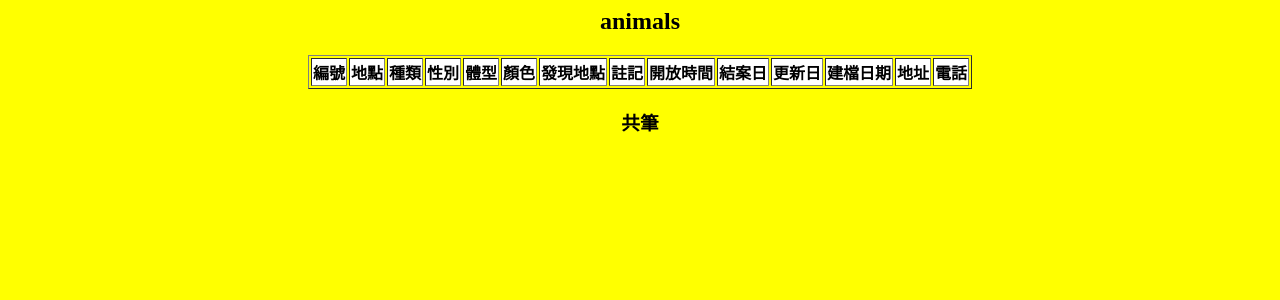
Repository: Ray917x/JaveEEforProject
Page: http://localhost/JSP/AnimalJSPL
These files come from the project's save history. The page is drawn as it stood at one moment and after the next save; the edit follows.
The browser window is 1280 px wide. The pictures show the whole page.
The page is served by Tomcat 9. Other server files are loaded and not shown. Queries for data that is not in the repository find no rows.

Above is the page before, as saved 2022-09-07 17:09:25.

### JSP/src/main/webapp/project/Animal.jsp
<%@ page language="java" contentType="text/html; charset=UTF-8"
	import="java.util.*, com.lcpan.bean.AnimalBean"%>
<%@ taglib prefix="c" uri="http://java.sun.com/jsp/jstl/core"%>
<html>
<head>
<title>animals</title>
</head>
<body style="background-color: yellow">
	<div align="center">
		<h2>animals</h2>
		<table border="1">
			<tr style="background-color: white">
				<th>編號</th>
				<th>地點</th>
				<th>種類</th>
				<th>性別</th>
				<th>體型</th>
				<th>顏色</th>
				<th>發現地點</th>
				<th>註記</th>
				<th>開放時間</th>
				<th>結案日</th>
				<th>更新日</th>
				<th>建檔日期</th>
				<th>地址</th>
				<th>電話</th>



				<c:forEach items="${animals}" var="animal" varStatus="s">
					<tr>
						<td>${animal.animal_id}
						<td>${animal.animal_place}
						<td>${animal.animal_kind}
						<td>${animal.animal_sex}
						<td>${animal.animal_bodytype}
						<td>${animal.animal_colour}
						<td>${animal.animal_foundplace}
						<td>${animal.animal_remark}
						<td>${animal.animal_opendate}
						<td>${animal.animal_closeddate}
						<td>${animal.animal_update}



						<td>${animal.title}<c:set var="count" value="${s.count}" />
				</c:forEach>
		</table>
		<h3>共${count}筆</h3>
	</div>
</body>

</html>

### JSP/src/main/java/project/AnimalJSTL.java
package project;

import java.io.IOException;
import java.sql.Connection;
import java.sql.PreparedStatement;
import java.sql.ResultSet;
import java.sql.SQLException;
import java.util.ArrayList;
import java.util.List;

import javax.naming.Context;
import javax.naming.InitialContext;
import javax.naming.NamingException;
import javax.servlet.ServletException;
import javax.servlet.annotation.WebServlet;
import javax.servlet.http.HttpServlet;
import javax.servlet.http.HttpServletRequest;
import javax.servlet.http.HttpServletResponse;
import javax.sql.DataSource;

import com.lcpan.bean.AnimalBean;

@WebServlet("/AnimalJSPL")
public class AnimalJSTL extends HttpServlet {
	private static final long serialVersionUID = 1L;

//	private static final String JDBC_DRIVER ="com.microsoft.sqlserver.jdbc.SQLServerDriver";
//    private static final String DB_URL="jdbc:sqlserver://localhost:1433;databaseName=servdb;trustServerCertificate=true";
//    private static final String USER = "sa";
//    private static final String PASSWORD = "5tgbnmlp";

	Connection conn;

	protected void doGet(HttpServletRequest request, HttpServletResponse response)
			throws ServletException, IOException {
		@SuppressWarnings("unused")
		String animal_id = request.getParameter("animal_id");

		try {
			Context context = new InitialContext();
			DataSource ds = (DataSource) context.lookup("java:/comp/env/jdbc/servdb");
			conn = ds.getConnection();

			PreparedStatement stmt = conn.prepareStatement("SELECT * FROM animal");
			ResultSet rs = stmt.executeQuery();


			List<AnimalBean> animals = new ArrayList<>();
			AnimalBean animal = null;
			while (rs.next()) {
				animal = new AnimalBean();
				animal.setAnimal_id(rs.getString("animal_id"));
				animal.setAnimal_place(rs.getString("animal_place"));
				animal.setAnimal_kind(rs.getString("animal_kind"));
				animal.setAnimal_sex(rs.getString("animal_sex"));
				animal.setAnimal_bodytype(rs.getString("animal_bodytype"));
				animal.setAnimal_colour(rs.getString("animal_colour"));
				animal.setAnimal_foundplace(rs.getString("animal_foundplace"));
				animal.setAnimal_remark(rs.getString("animal_remark"));
				animal.setAnimal_opendate(rs.getString("animal_opendate"));
				animal.setAnimal_closeddate(rs.getString("animal_closeddate"));
				animal.setAnimal_update(rs.getString("animal_update"));
//				animal.setAnimal_createtime(rs.getString("animal_createtime"));
//				animal.setShelter_address(rs.getString("shelter_address"));
//				animal.setShelter_tel(rs.getString("shelter_tel"));

				animals.add(animal);

			}

			request.setAttribute("animals", animals);
			stmt.close();

			System.out.println(animals);
			request.getRequestDispatcher("/project/Animal.jsp").forward(request, response);
		} catch (SQLException e) {
			// TODO Auto-generated catch block
			e.printStackTrace();
		} catch (NamingException e) {
			// TODO Auto-generated catch block
			e.printStackTrace();
		}

	}

	protected void doPost(HttpServletRequest request, HttpServletResponse response)
			throws ServletException, IOException {

		doGet(request, response);

	}

}

After the next save:
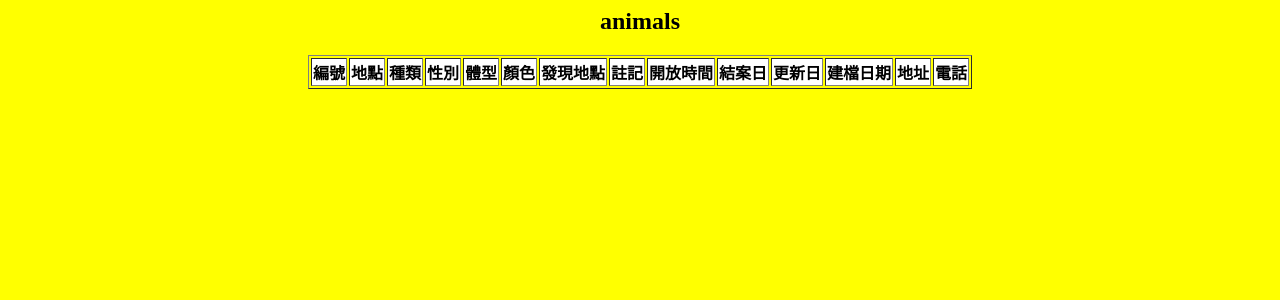
Saved 3 min 58 s later.
--- a/JSP/src/main/webapp/project/Animal.jsp
+++ b/JSP/src/main/webapp/project/Animal.jsp
@@ -43,10 +43,10 @@
 
 
 
-						<td>${animal.title}<c:set var="count" value="${s.count}" />
+
 				</c:forEach>
 		</table>
-		<h3>共${count}筆</h3>
+
 	</div>
 </body>
 

After the save that followed:
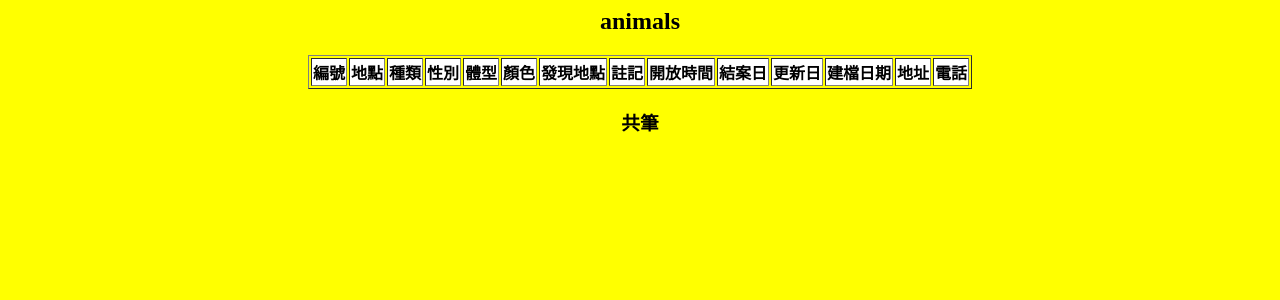
Saved 13 min 16 s later.
--- a/JSP/src/main/webapp/project/Animal.jsp
+++ b/JSP/src/main/webapp/project/Animal.jsp
@@ -40,13 +40,15 @@
 						<td>${animal.animal_opendate}
 						<td>${animal.animal_closeddate}
 						<td>${animal.animal_update}
+						<td>${animal.animal_createtime}
+						<td>${animal.shelter_address}
+						<td>${animal.shelter_tel}
 
-
-
+						<td>${animal.title}<c:set var="count" value="${s.count}" />
 
 				</c:forEach>
 		</table>
-
+		<h3>共${count}筆</h3>
 	</div>
 </body>
 
